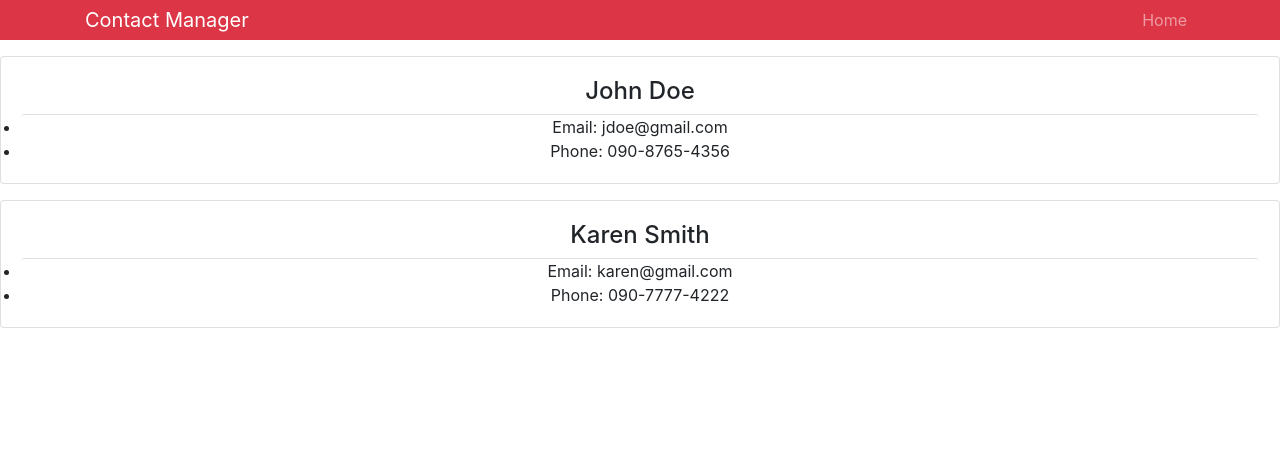
Repository: IkennaU/contactmanager
Page: /
The author's editor kept a copy of each file at every save. The page is drawn from the files as they stood at one save, then again after the next save.
The browser window is 1280 px wide. The pictures show the whole page.
The project was rebuilt for these pictures with package versions that can differ from the ones it lists, and the page was loaded fresh each time.

Above is the page before, as saved 2020-07-20 14:49:57.

### public/index.html
<!DOCTYPE html>
<html lang="en">
  <head>
    <meta charset="utf-8" />
    <link rel="icon" href="%PUBLIC_URL%/favicon.ico" />
    <meta name="viewport" content="width=device-width, initial-scale=1" />
    <meta name="theme-color" content="#000000" />
    <meta
      name="description"
      content="Web site created using create-react-app"
    />
    <link rel="apple-touch-icon" href="%PUBLIC_URL%/logo192.png" />
    <!--
      manifest.json provides metadata used when your web app is installed on a
      user's mobile device or desktop. See https://developers.google.com/web/fundamentals/web-app-manifest/
    -->
    <link rel="manifest" href="%PUBLIC_URL%/manifest.json" />
    <!--
      Notice the use of %PUBLIC_URL% in the tags above.
      It will be replaced with the URL of the `public` folder during the build.
      Only files inside the `public` folder can be referenced from the HTML.

      Unlike "/favicon.ico" or "favicon.ico", "%PUBLIC_URL%/favicon.ico" will
      work correctly both with client-side routing and a non-root public URL.
      Learn how to configure a non-root public URL by running `npm run build`.
    -->
    <title>Contact Manager</title>
  </head>
  <body>
    <noscript>You need to enable JavaScript to run this app.</noscript>
    <div id="root"></div>
    <!--
      This HTML file is a template.
      If you open it directly in the browser, you will see an empty page.

      You can add webfonts, meta tags, or analytics to this file.
      The build step will place the bundled scripts into the <body> tag.

      To begin the development, run `npm start` or `yarn start`.
      To create a production bundle, use `npm run build` or `yarn build`.
    -->
  </body>
</html>

### src/App.js
import React from "react";
import Contact from "./components/Contact";
import Header from "./components/Header";
import "bootstrap/dist/css/bootstrap.min.css";

import "./App.css";

function App() {
  return (
    <div className="App">
      <Header branding="Contact Manager" />
      <Contact name="John Doe" email="jdoe@gmail.com" phone="090-8765-4356" />
      <Contact
        name="Karen Smith"
        email="karen@gmail.com"
        phone="090-7777-4222"
      />
    </div>
  );
}

export default App;

### src/components/Contact.js
import React, { Component } from "react";
import PropTypes from "prop-types";

class Contact extends Component {
  static propTypes = {
    name: PropTypes.string.isRequired,
    email: PropTypes.string.isRequired,
    phone: PropTypes.string.isRequired,
  };

  render() {
    return (
      <div className="card card-body mb-3">
        <h4>{this.props.name}</h4>
        <ul className="list-group">
          <li className="liist-group-item">Email: {this.props.email}</li>
          <li className="liist-group-item">Phone: {this.props.phone}</li>
        </ul>
      </div>
    );
  }
}

export default Contact;

### src/components/Header.js
import React from "react";
import PropTypes from "prop-types";

function Header(props) {
  return (
    <nav className="navbar navbar-expand-sm navbar-dark bg-danger mb-3 py-0">
      <div className="container">
        <a href="/" className="navbar-brand">
          {props.branding}
        </a>
        <div>
          <ul className="navbar-nav mr-auto">
            <li className="nav-item">
              <a href="/" className="nav-link">
                Home
              </a>
            </li>
          </ul>
        </div>
      </div>
    </nav>
  );
}
Header.propTypes = { branding: PropTypes.string.isRequired };

export default Header;

Loaded but not shown: src/index.js (common file); src/serviceWorker.js (common file); src/App.css (common file)

After the next save:
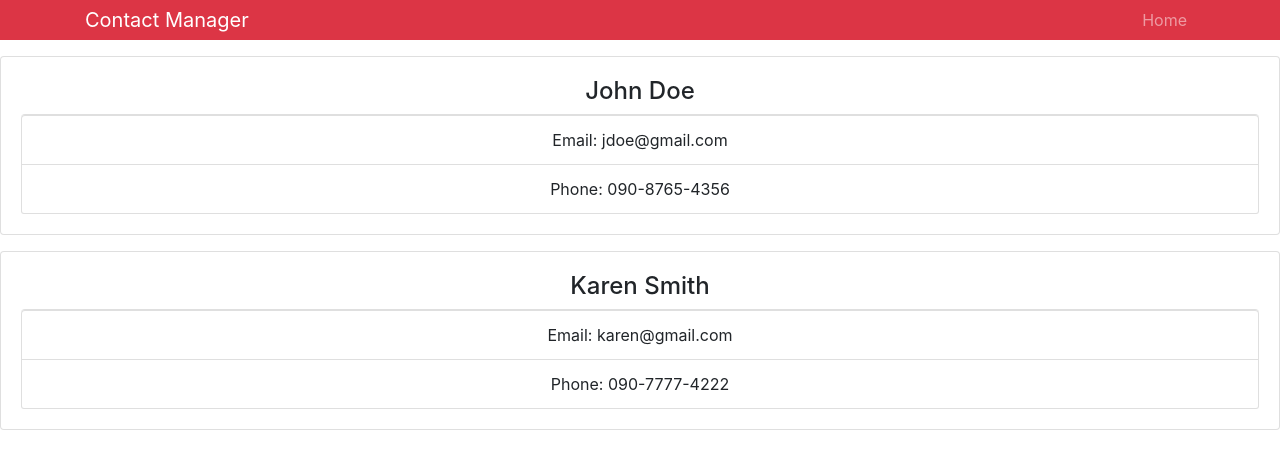
Saved 43 s later.
--- a/src/components/Contact.js
+++ b/src/components/Contact.js
@@ -13,8 +13,8 @@ class Contact extends Component {
       <div className="card card-body mb-3">
         <h4>{this.props.name}</h4>
         <ul className="list-group">
-          <li className="liist-group-item">Email: {this.props.email}</li>
-          <li className="liist-group-item">Phone: {this.props.phone}</li>
+          <li className="list-group-item">Email: {this.props.email}</li>
+          <li className="list-group-item">Phone: {this.props.phone}</li>
         </ul>
       </div>
     );
